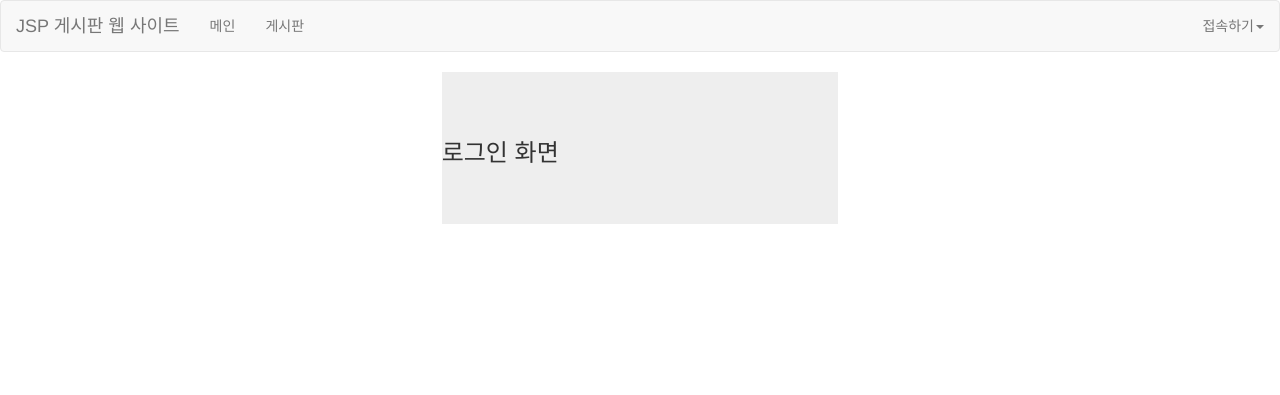
Repository: SongJeongHyo/Spring_Study
Page: http://localhost/BBS/login.jsp
An editor plug-in stored every save of this project. The page is shown before and after the next save, followed by the edit.
The browser window is 1280 px wide. The pictures show the whole page.
Some web libraries are served in a nearby version. The page is served by Tomcat 9.

Above is the page before, as saved 2022-04-27 08:46:21.

After the next save:
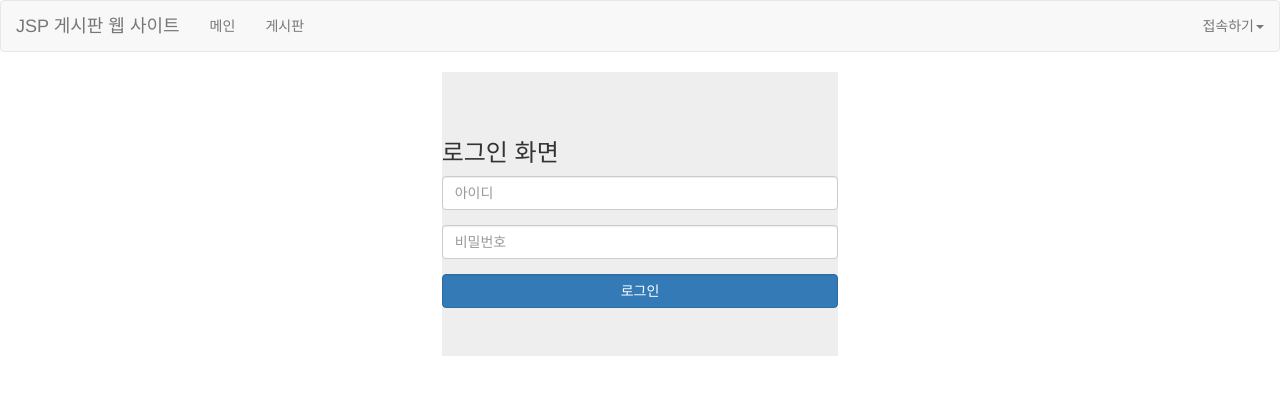
Saved 3 min 49 s later.
--- a/project/BBS/src/main/webapp/login.jsp
+++ b/project/BBS/src/main/webapp/login.jsp
@@ -44,6 +44,13 @@
 			<div class="jumbotron" style="padding-top; 20px;">
 				<form method="post" action="loginAction.jsp">
 					<h3 style="text-align; center;">로그인 화면</h3>
+					<div class="form-group">
+						<input type="text" class="form-control" placeholder="아이디" name="userId" maxlength="20">
+					</div>
+					<div class="form-group">
+						<input type="password" class="form-control" placeholder="비밀번호" name="userPassword" maxlength="20">
+					</div>
+					<input type="submit" class="btn btn-primary form-control" value="로그인">
 				</form>
 			</div>
 		</div>
